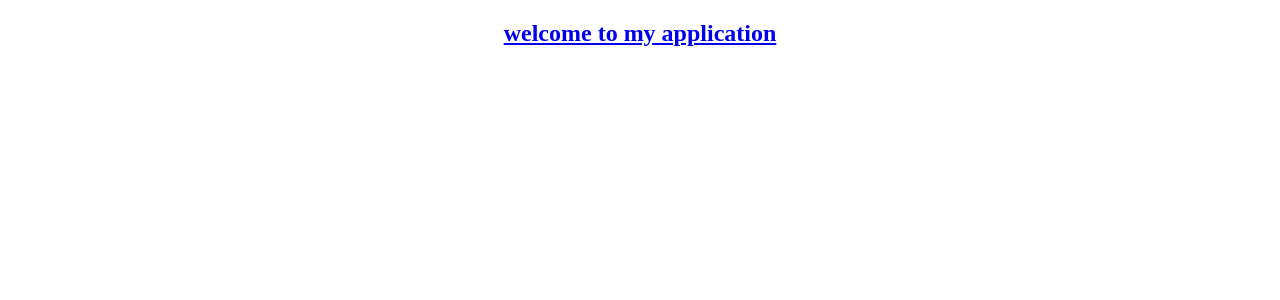
Repository: aryan190504/Advance-java
Page: http://localhost/DynamicWebProject/
An editor plug-in stored every save of this project. The page is shown before and after the next save, followed by the edit.
The browser window is 1280 px wide. The pictures show the whole page.
The page is served by Tomcat 9.

Above is the page before, as saved 2024-09-12 09:39:04.

After the next save:
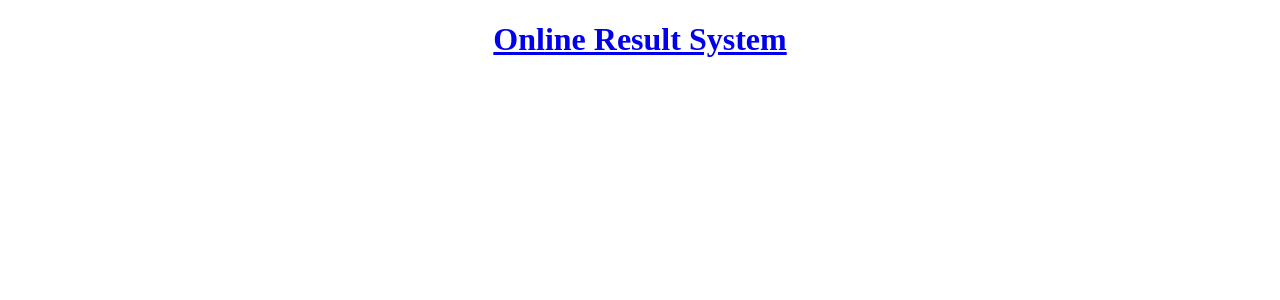
Saved 91 s later.
--- a/Dynamicadvance/DynamicWebProject/WebContent/index.jsp
+++ b/Dynamicadvance/DynamicWebProject/WebContent/index.jsp
@@ -7,9 +7,11 @@
 <title>Insert title here</title>
 </head>
 <body>
-	<h2 align="center">
+	<h1 align="center">
 
-		<a href="WelcomeCtl">welcome to my application</a>
-	</h2>
+<!-- 		<a href="WelcomeCtl">welcome to my application</a>
+ -->
+ <a href = "WelcomeMarksheetCtl">Online Result System</a>
+ </h1>
 </body>
 </html>
